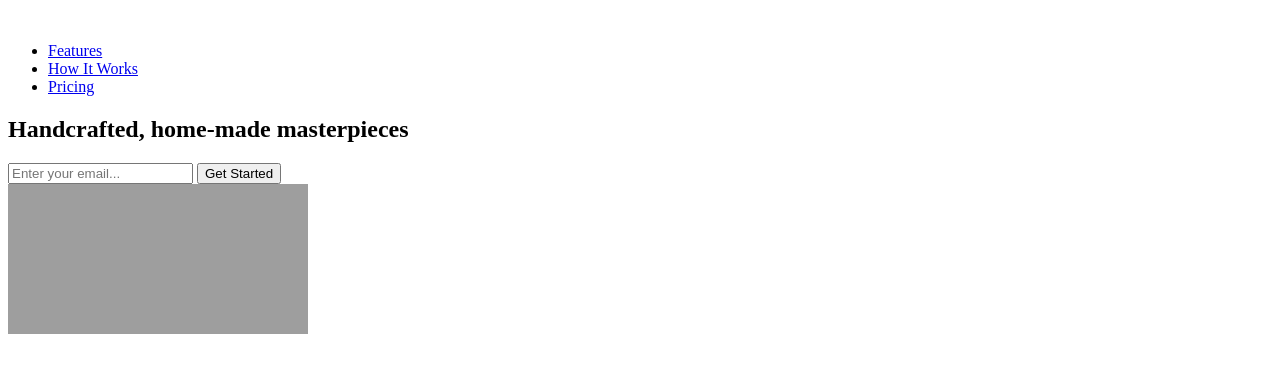
Repository: Lungdjos/product_landing_page_certification
Page: index.html
The author's editor kept a copy of each file at every save. The page is drawn from the files as they stood at one save, then again after the next save.
The browser window is 1280 px wide. The pictures show the whole page.
Pictures or frames that could not be fetched are drawn as grey boxes.

Above is the page before, as saved 2023-12-17 23:23:50.

After the next save:
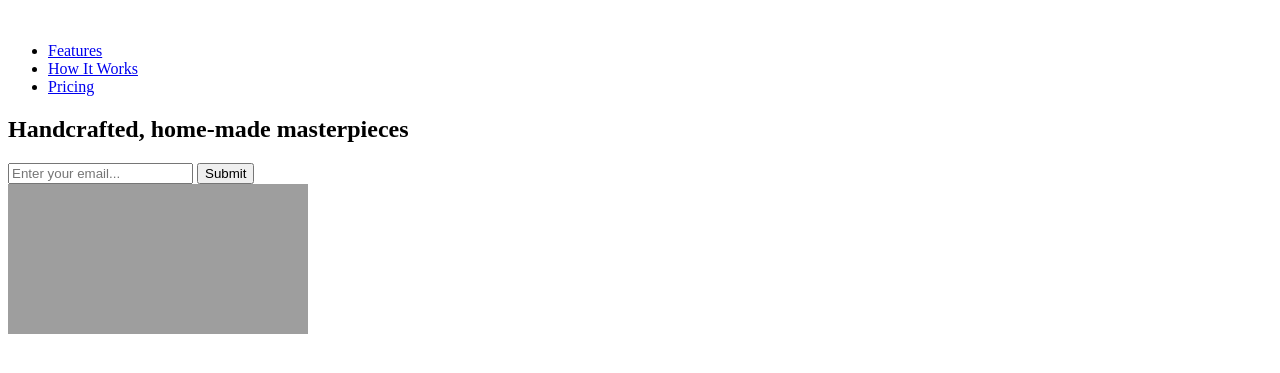
Saved 4 s later.
--- a/index.html
+++ b/index.html
@@ -30,7 +30,7 @@
             <h2 id="title">Handcrafted, home-made masterpieces</h2>
             <form action="https://www.freecodecamp.com/email-submit" id="form">
                 <input type="email" id="email" name="email" placeholder="Enter your email...">
-                <input type="submit" id="submit" value="Get Started">
+                <input type="submit" id="submit">
             </form>
         </section>
         <section id="features"></section>
@@ -44,4 +44,5 @@
 </html>
 
 </html>
+
 </html>
--- a/styles.css
+++ b/styles.css
@@ -1,10 +1,11 @@
 /* Page Stylings */
 
 * {
-    box-sizing: border-bo
+    bo
 }
 
-box-sizing: b
+box-sizing: border-box;
+
 }
 box-sizing: bo
 }
@@ -15,7 +16,7 @@ bo
 box-sizing: border-box;
 
 }
-box-sizing
+ox-sizing
 }
 bo
 }
